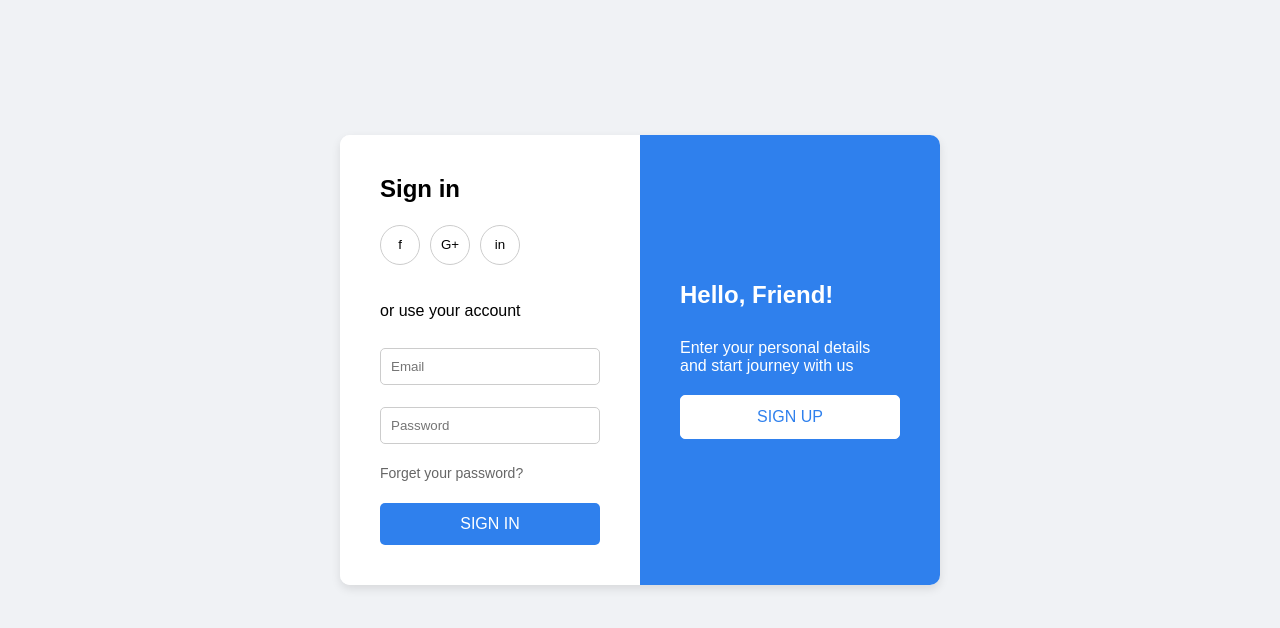
Repository: lavanya787/ml_system
Page: http://localhost/
An editor plug-in stored every save of this project. The page is shown before and after the next save, followed by the edit.
The browser window is 1280 px wide. The pictures show the whole page.
The page is served by the project's application, run on Flask 3 (flask_app.py).

Above is the page before, as saved 2025-06-03 16:00:46.

After the next save:
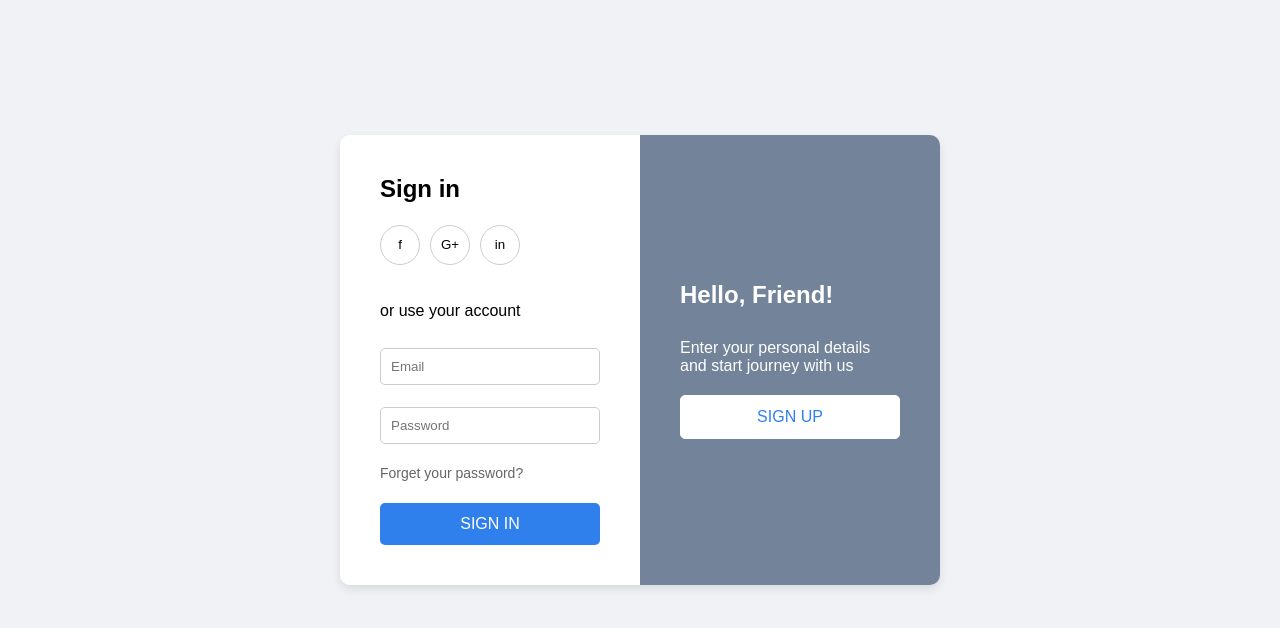
Saved 1 s later.
--- a/static/style.css
+++ b/static/style.css
@@ -56,7 +56,7 @@ body {
 }
 
 .welcome-section {
-    background: #2F80ED; /* Professional Blue */
+    background: #72839a; /* Professional Blue */
     color: white;
     display: flex;
     flex-direction: column;
